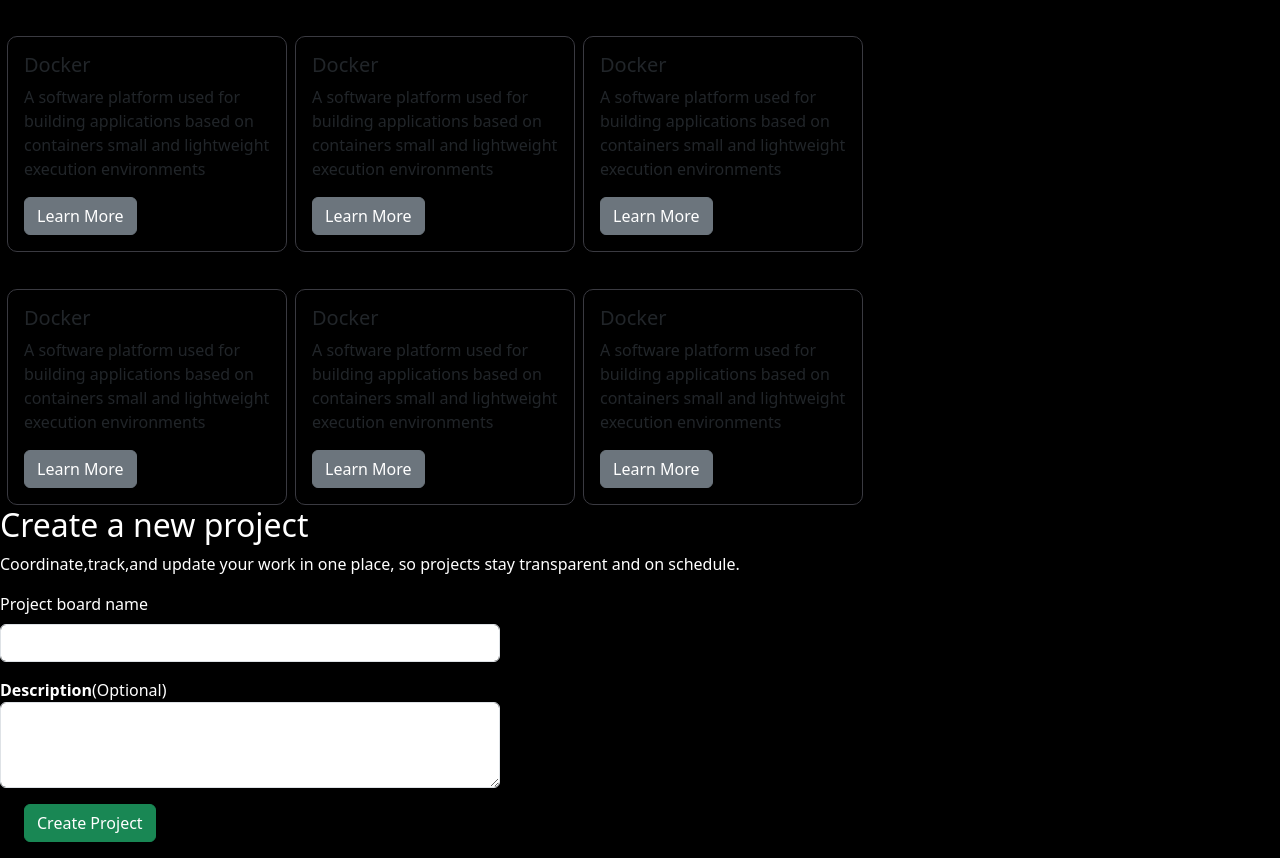
Repository: NSS-Evening-25-Cohort/e25-gitsub-control-alt-defeat
Page: index.html
An editor plug-in stored every save of this project. The page is shown before and after the next save, followed by the edit.
The browser window is 1280 px wide. The pictures show the whole page.

Above is the page before, as saved 2023-11-07 19:23:51.

After the next save:
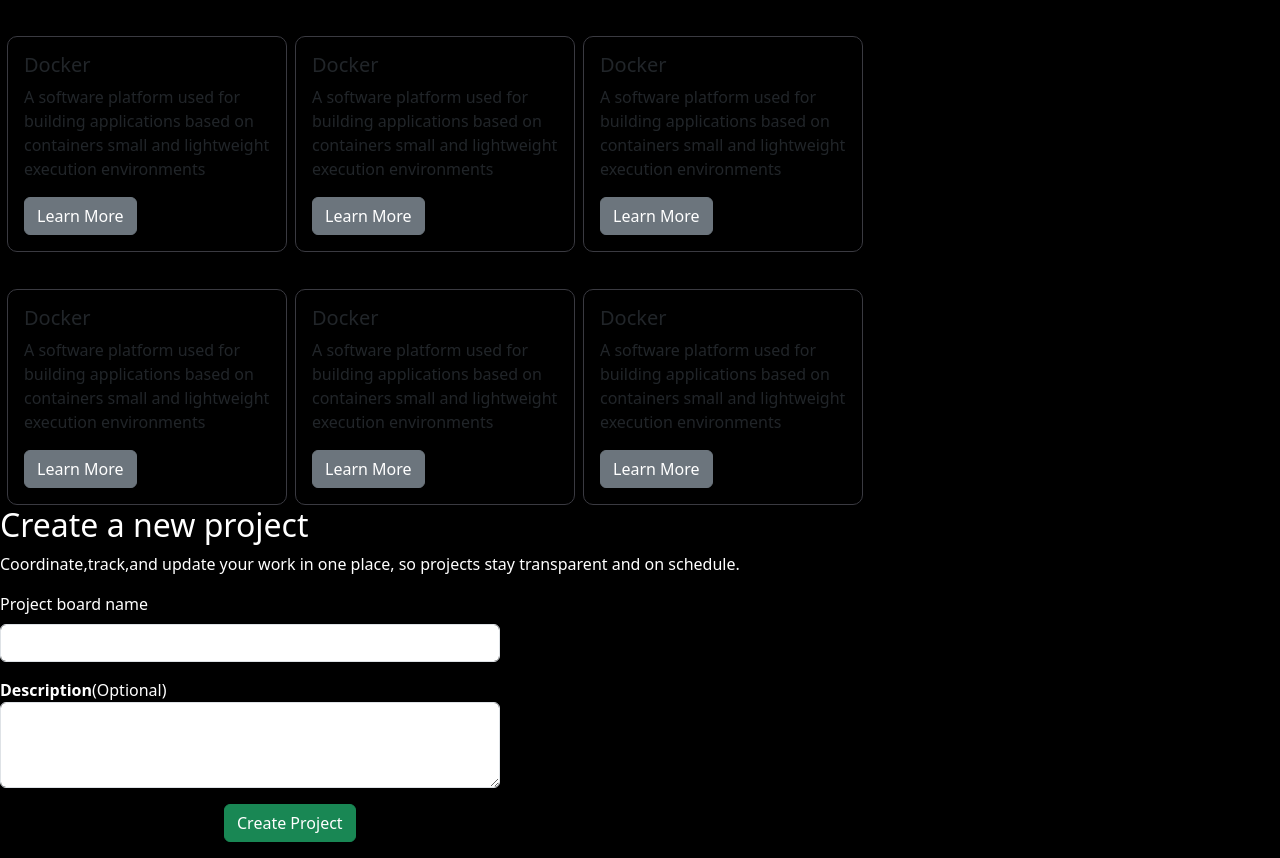
Saved 1 s later.
--- a/main.css
+++ b/main.css
@@ -30,6 +30,5 @@
 }
 
 .btn-success{
-  margin-left: auto;
-
+  margin-left: 200px;
 }

After the save that followed:
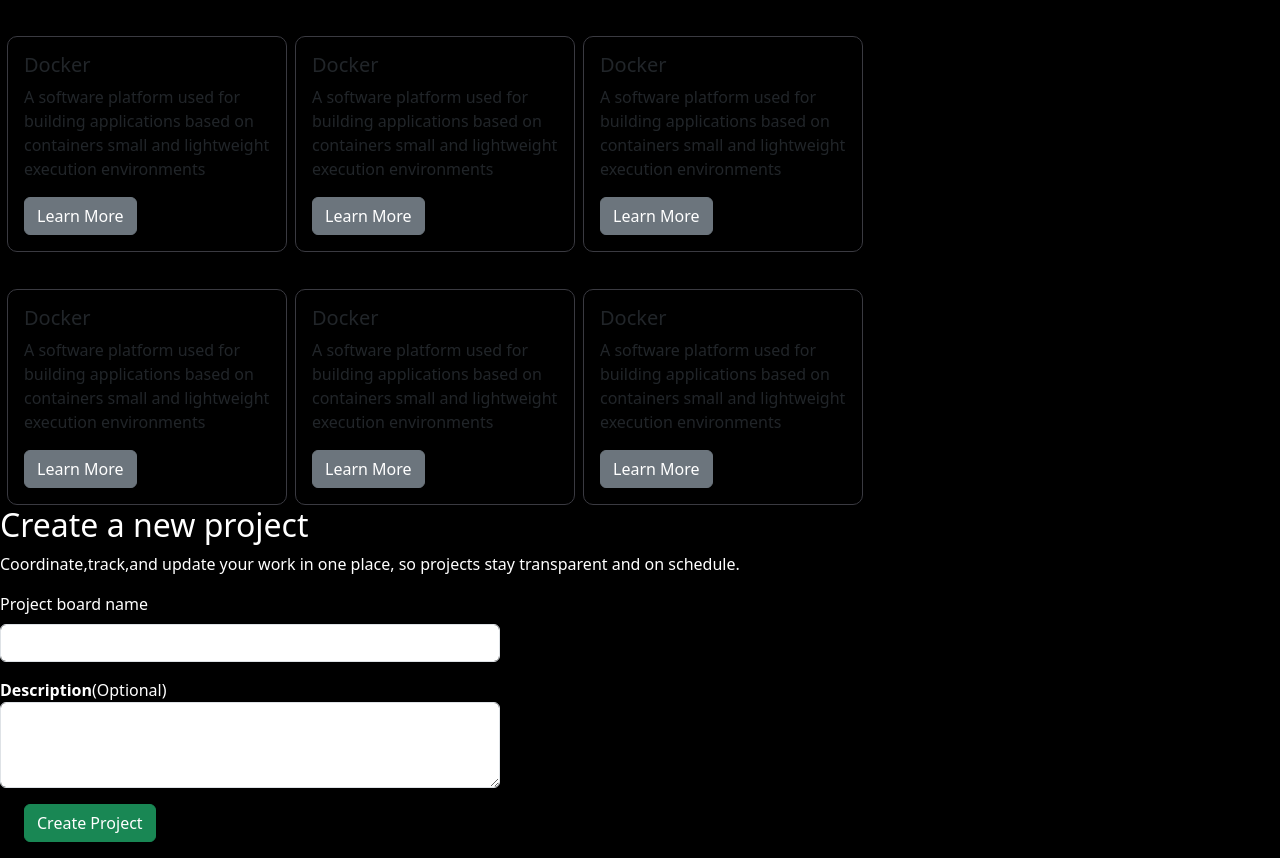
Saved 8 s later.
--- a/main.css
+++ b/main.css
@@ -30,5 +30,5 @@
 }
 
 .btn-success{
-  margin-left: 200px;
+  margin-right: 200px;
 }
